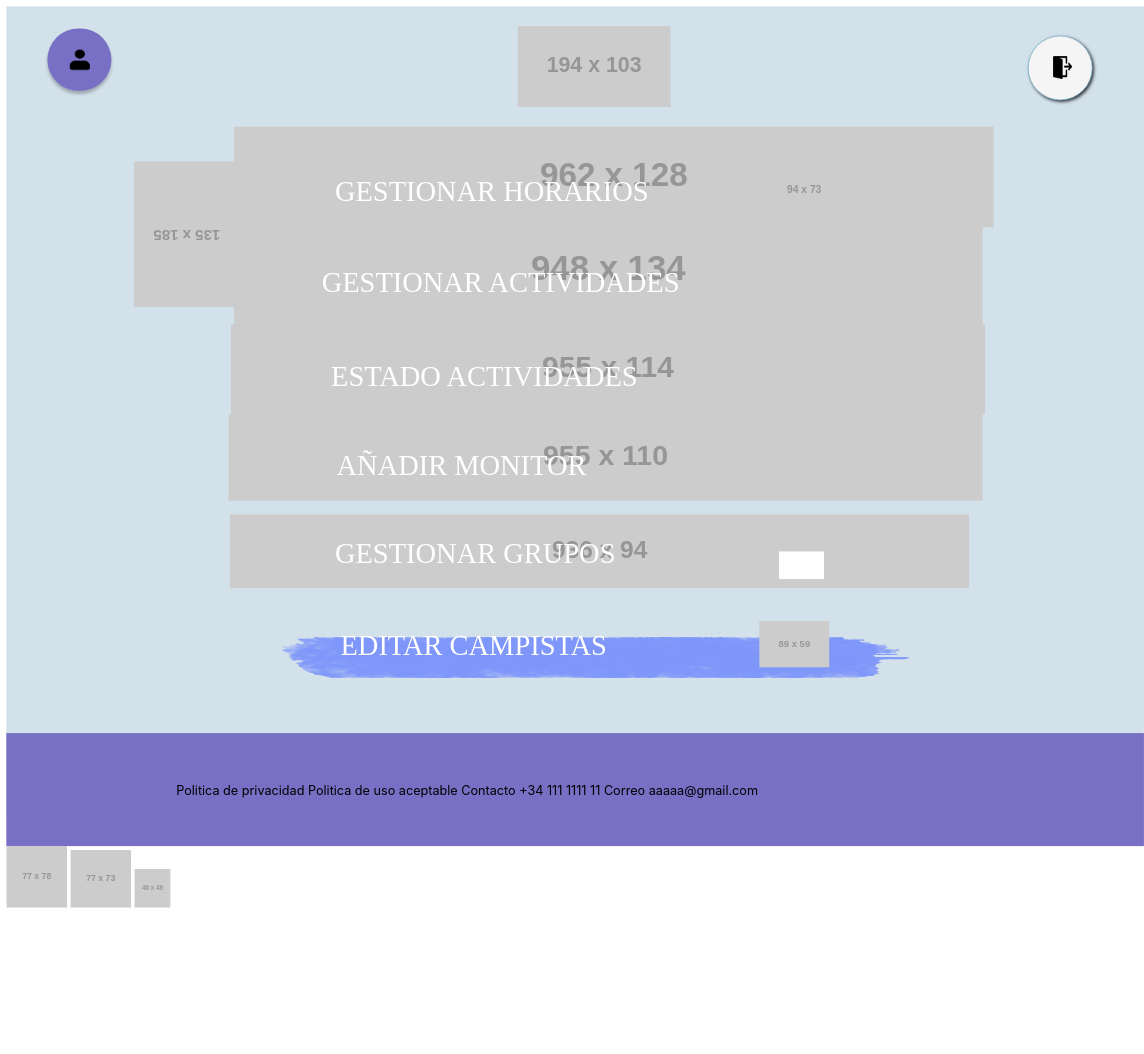
Repository: maariadomiingo/Proyecto-Integrador-Campamento
Page: html/interfaz_coordinador.html
An editor plug-in stored every save of this project. The page is shown before and after the next save, followed by the edit.
The browser window is 1280 px wide. The page is 1448 px wide, so the pictures cover 1448 px, including what lies to the right of the window. The pictures show the whole page, at 79% of full size.

Above is the page before, as saved 2025-01-31 12:25:27.

After the next save:
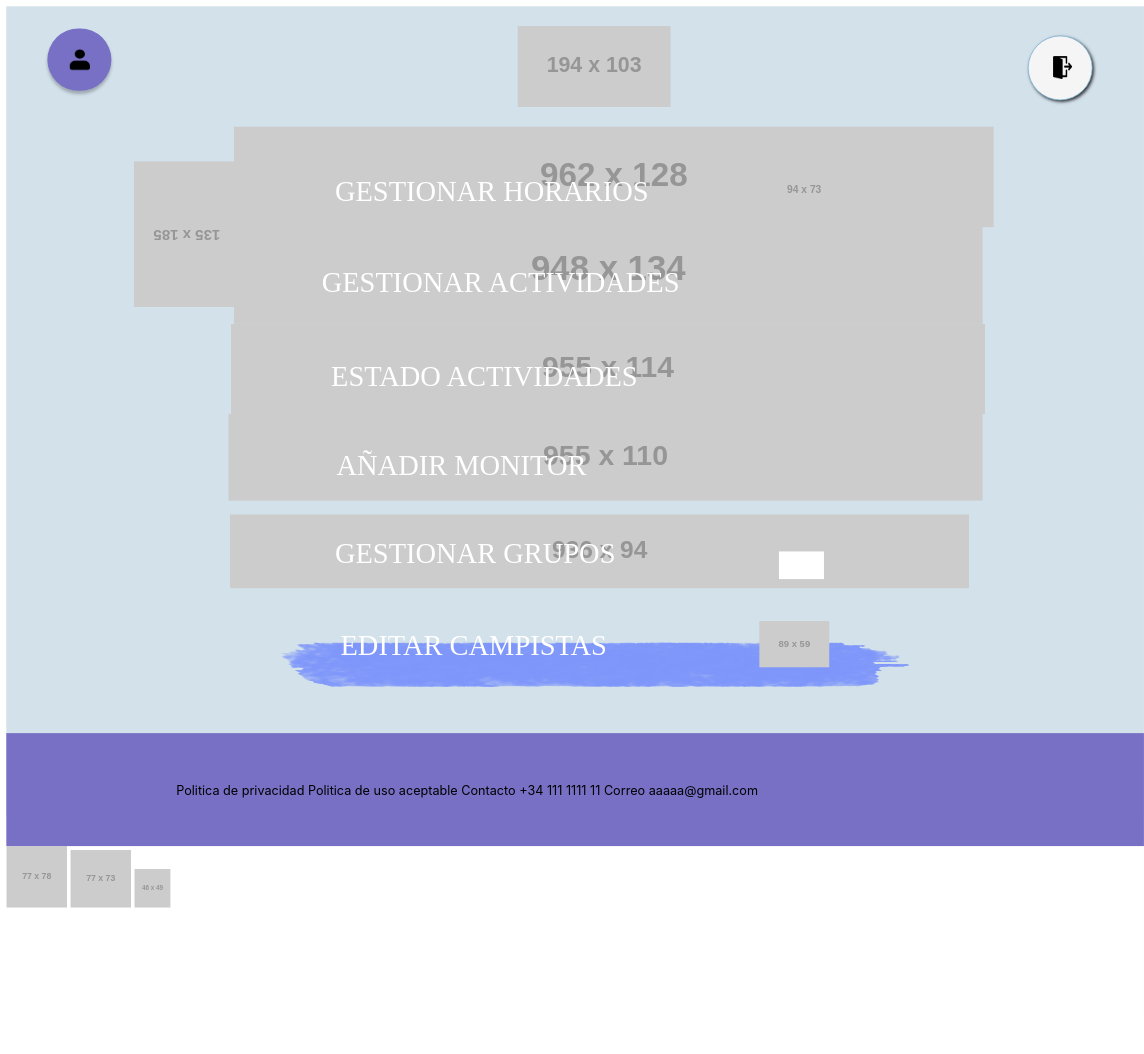
Saved 4 s later.
--- a/html/interfaz_coordinador.html
+++ b/html/interfaz_coordinador.html
@@ -17,7 +17,7 @@
   <div style="width: 1440px; height: 143px; left: 0px; top: 920px; position: absolute; background: #7770C5"></div>
   <div style="width: 1009px; left: 215px; top: 982px; position: absolute; color: black; font-size: 16px; font-family: Inter; font-weight: 400; word-wrap: break-word">Politica de privacidad                 Politica de uso aceptable                 Contacto +34 111 1111 11                  Correo aaaaa@gmail.com</div>
   <div style="width: 407px; height: 125px; left: 187px; top: 300px; position: absolute"></div>
-  <img style="width: 936px; height: 274px; left: 288px; top: 700px; position: absolute" src="../img/trazo-pincel.png" />
+  <img style="width: 936px; height: 294px; left: 288px; top: 700px; position: absolute" src="../img/trazo-pincel.png" />
   <img style="width: 936px; height: 94px; left: 283px; top: 643px; position: absolute" src="https://via.placeholder.com/936x94" />
   <div style="width: 955px; height: 110px; left: 281px; top: 516px; position: absolute">
     <img style="width: 955px; height: 110px; left: 0px; top: 0px; position: absolute" src="https://via.placeholder.com/955x110" />
